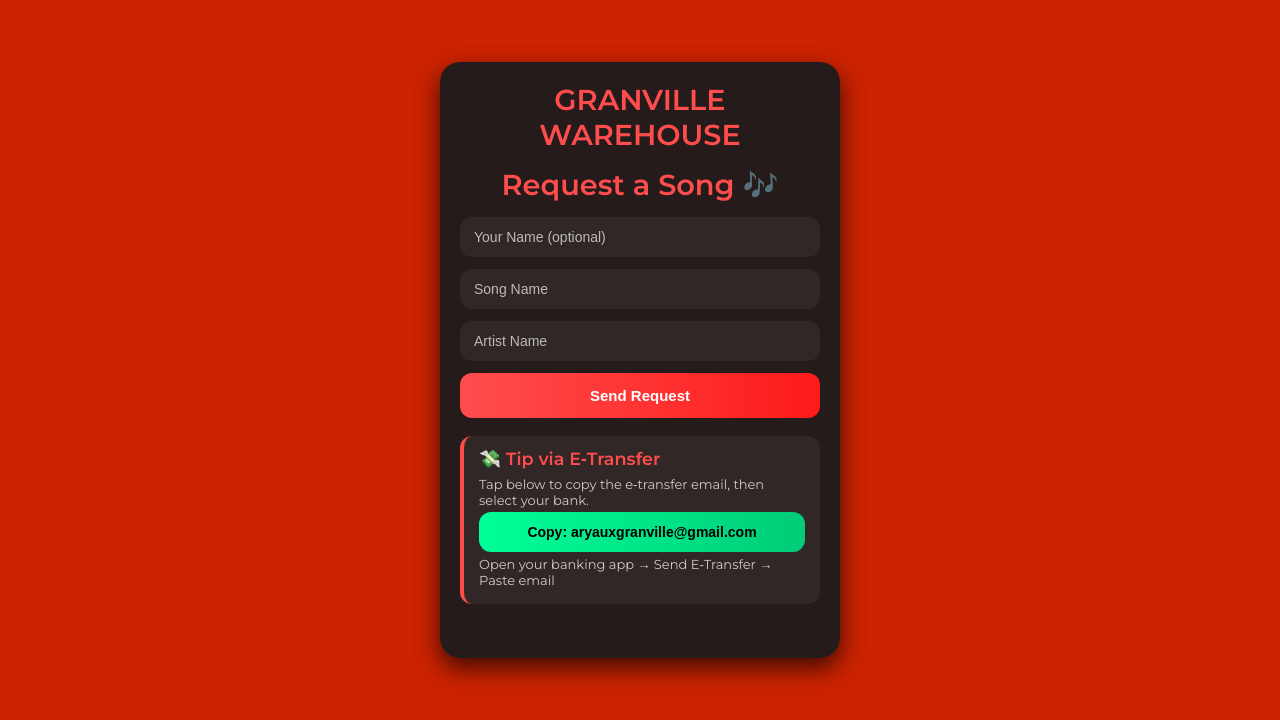
Repository: AryanHeravi/DJ-Request
Page: song_request.html
The author's editor kept a copy of each file at every save. The page is drawn from the files as they stood at one save, then again after the next save.
The browser window is 1280 px wide. The pictures show the whole page.

Above is the page before, as saved 2026-01-07 01:21:57.

After the next save:
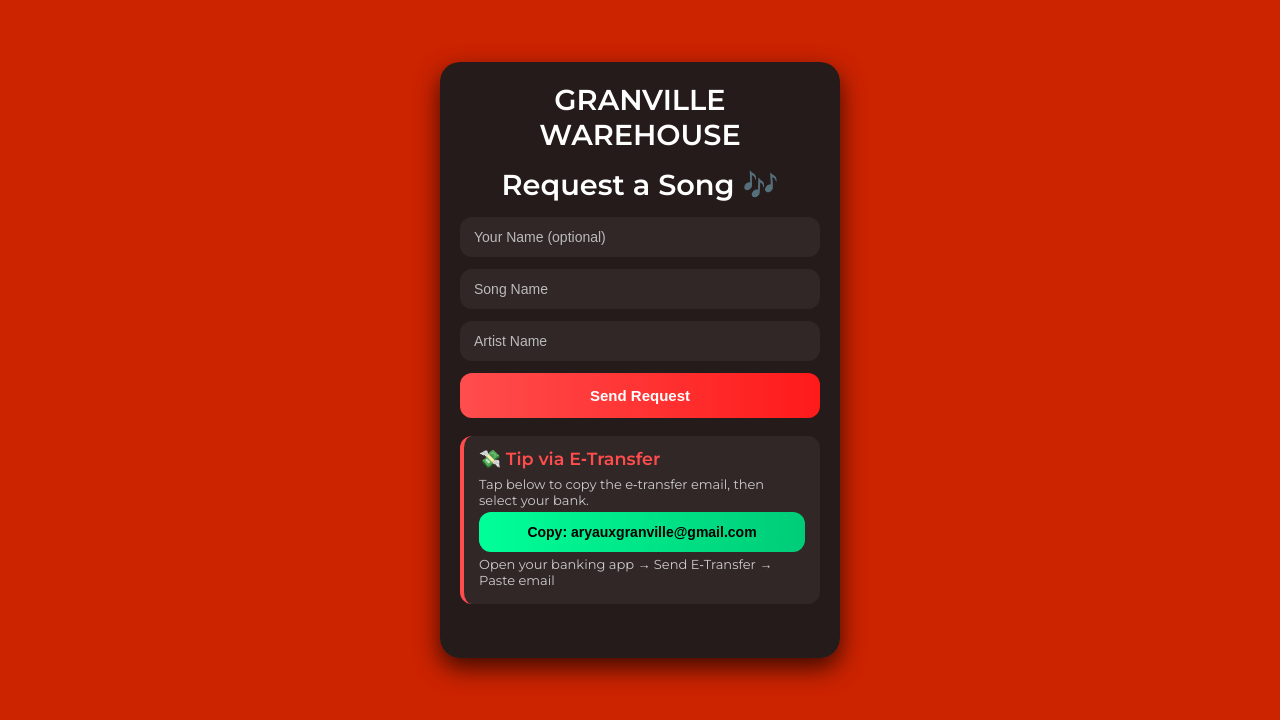
Saved 27 s later.
--- a/song_request.html
+++ b/song_request.html
@@ -33,7 +33,7 @@ body {
   box-shadow: 0 10px 25px rgba(0,0,0,0.7);
 }
 
-h1,h2 { text-align:center; color:#ff4d4d; margin-bottom:15px; font-size:1.8rem; }
+h1,h2 { text-align:center; color:#ffffff; margin-bottom:15px; font-size:1.8rem; }
 
 form { display:flex; flex-direction:column; gap:12px; }
 input {
